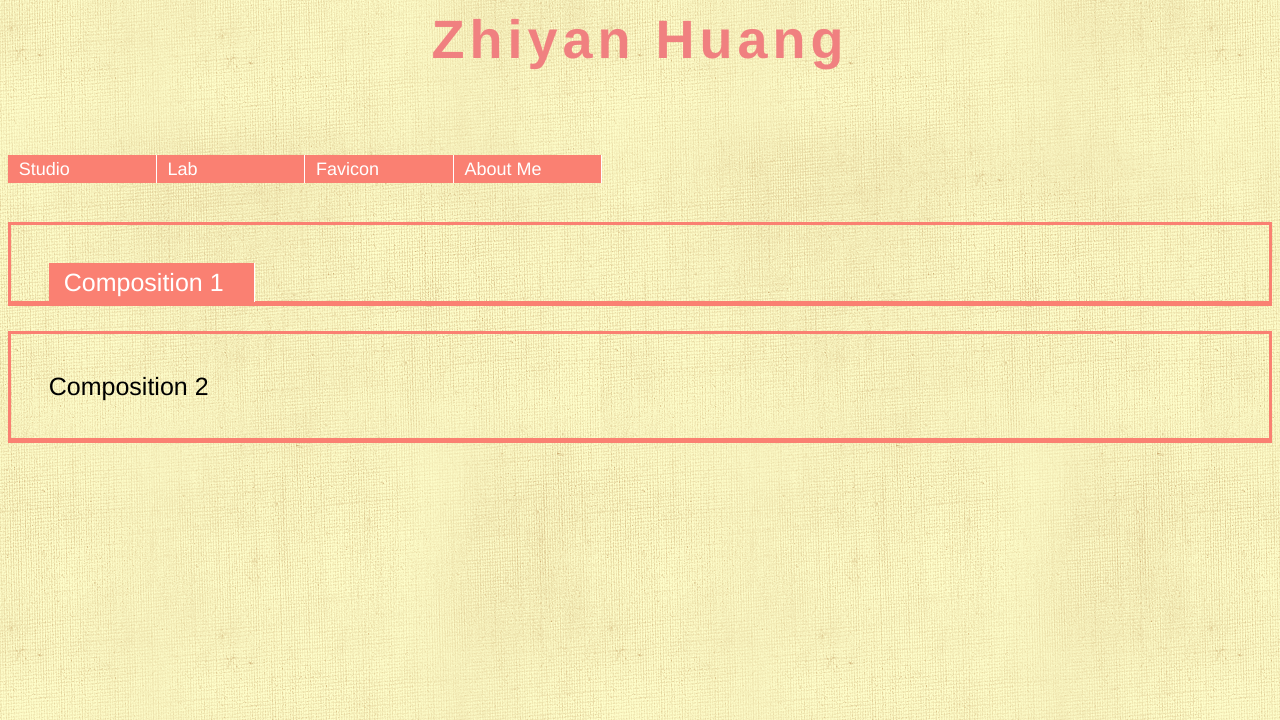
Repository: huanz488/huanz488-github.io
Page: lab.html
The author's editor kept a record of every edit. The page is drawn from the files as they stood at one moment, then again after the next edit.
The browser window is 1280 px wide. The pictures show the whole page.

Above is the page before.

### lab.html
<html>
    <head>
    <title>Zhiyan Huang</title>


    <body>
    <h1><center>Zhiyan Huang</center></h1>

    <marquee direction=right><font size=5>Welcome to my page.</font></marquee><br>
    <br>

    </body>
    </head>

<style type="text/css">
ul
{
float:left;
width:100%;
padding:0;
margin:0;
list-style-type:none;
}
a
{
float:left;
width:7em;
text-decoration:none;
color:white;
background-color:#FA8072;
padding:0.2em 0.6em;
border-right:1px solid white;
}
a:hover {background-color:#ff3300}
li {display:inline}
</style>

</head>

<body>
<ul>
<li><a href="#">Studio</a></li>
<li><a href="#">Lab</a></li>
<li><a href="#">Favicon</a></li>
<li><a href="#">About Me</a></li>
</ul>

</style>

<style>

      body { font-size:18px;font-family:Helvetica;}
      body {background-color: #FFFFCC; background-image:url(background.png);}
      h1 {letter-spacing: 5px; font-size: 300%; color:#F08080;}

</style>

<style type="text/css">

p.solid {border-style: solid; border-color: #FA8072; font-size:25px; center border-top-width:5px; border-bottom-width:5px; padding:1cm;}
p.solid2 {border-style: solid; border-color: #FA8072; font-size:25px; center border-top-width:5px; border-bottom-width:5px; padding:1cm;}
</style>

<body>
<br><br><p class="solid"><a href="composition/composition.html">Composition 1</a> </p>

<p class="solid2">Composition 2</p>

</body>

After the next edit:
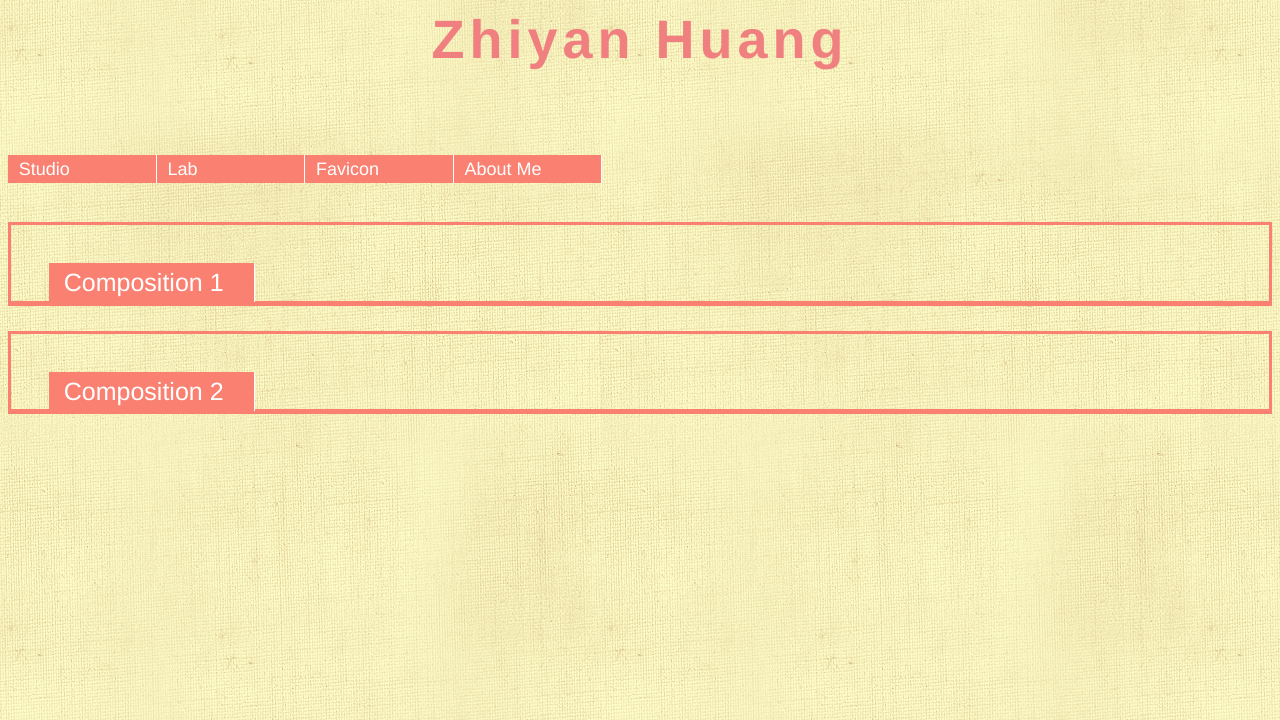
The edit:
--- a/lab.html
+++ b/lab.html
@@ -64,6 +64,6 @@
 <body>
 <br><br><p class="solid"><a href="composition/composition.html">Composition 1</a> </p>
 
-<p class="solid2">Composition 2</p>
+<p class="solid2"><a href="composition/compositionrevised.html">Composition 2</a></p>
 
 </body>
